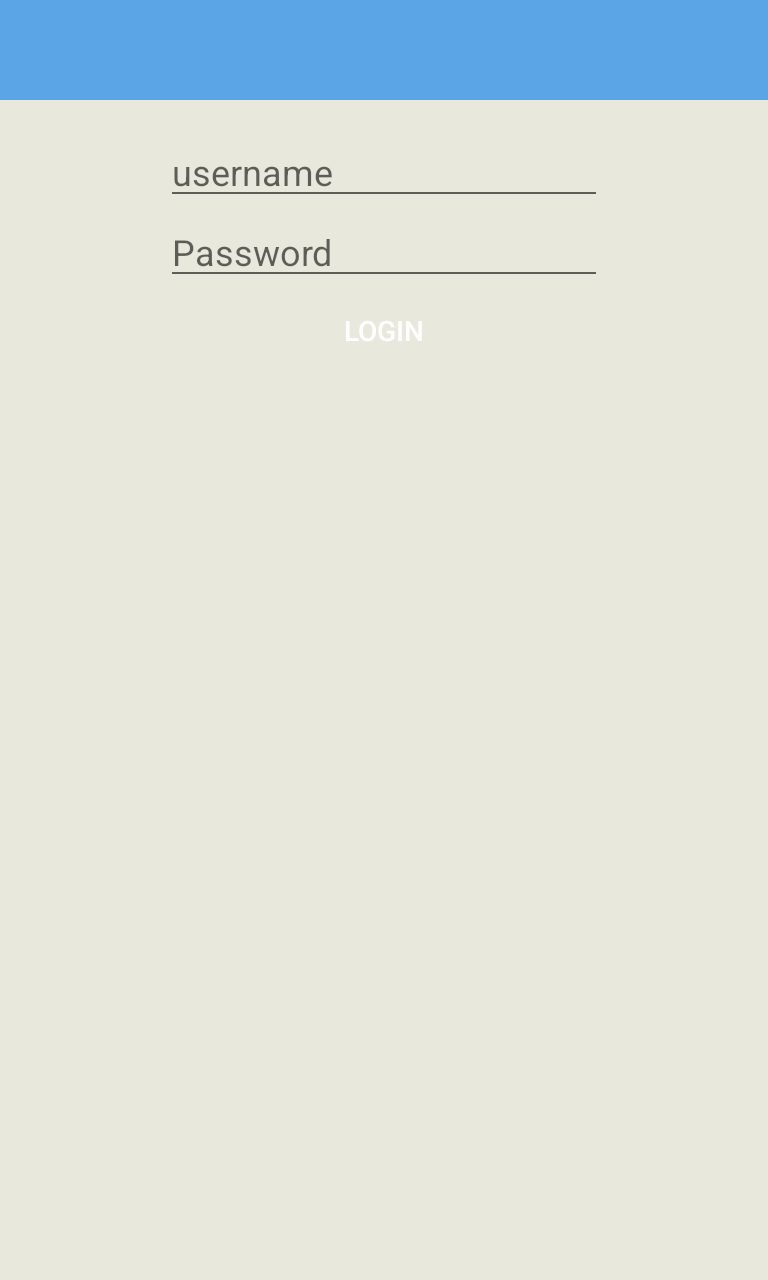
Repository: thomasb101/SYE-PUBapp
Layout: Android/SYE_PUB/res/layout/activity_login.xml
These files come from the project's save history. The layout is drawn as it stood at one moment and after the next save; the edit follows.
It is drawn on a 768 x 1280 px phone screen (xhdpi) without system bars, with theme AppTheme; the app's code is not run. The app's manifest (not shown) leaves right-to-left support off. So textAlignment, textDirection and layoutDirection are ignored, and left and right values win over start and end ones.

Above is the layout before, as saved 2014-10-19 21:24:37.

After the next save:
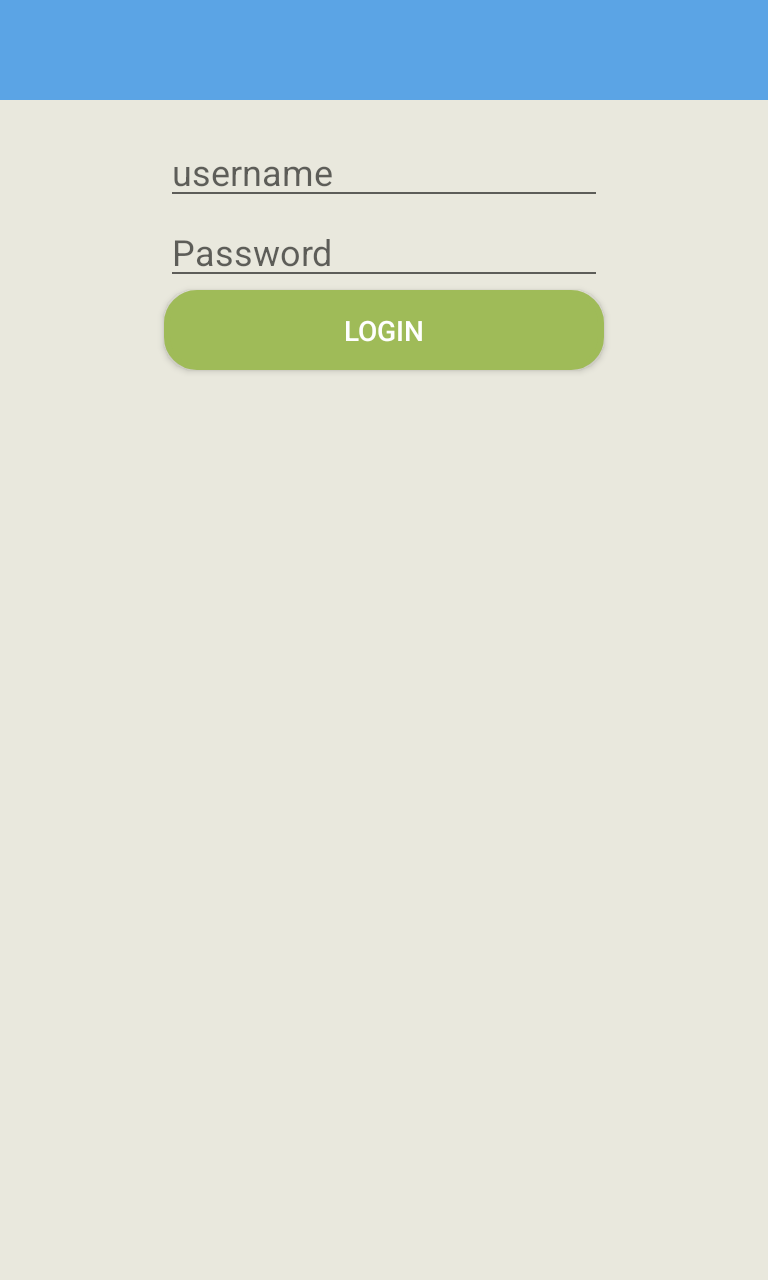
Saved 14 s later.
--- a/Android/SYE_PUB/res/drawable-mdpi/btn_back.xml
+++ b/Android/SYE_PUB/res/drawable-mdpi/btn_back.xml
@@ -1,5 +1,11 @@
-<?xml version="1.0" encoding="utf-8"?>
-<bitmap xmlns:android="http://schemas.android.com/apk/res/android" >
-
-
-</bitmap>
+<?xml version="1.0" encoding="UTF-8"?>
+<shape xmlns:android="http://schemas.android.com/apk/res/android">
+    <solid android:color="#9fbb58"/>
+    <stroke android:width="3dip"
+        android:color="#9fbb58" />
+    <corners android:radius="15dip"/>
+    <padding android:left="0dip"
+        android:top="0dip"
+        android:right="0dip"
+        android:bottom="0dip" />
+</shape>
